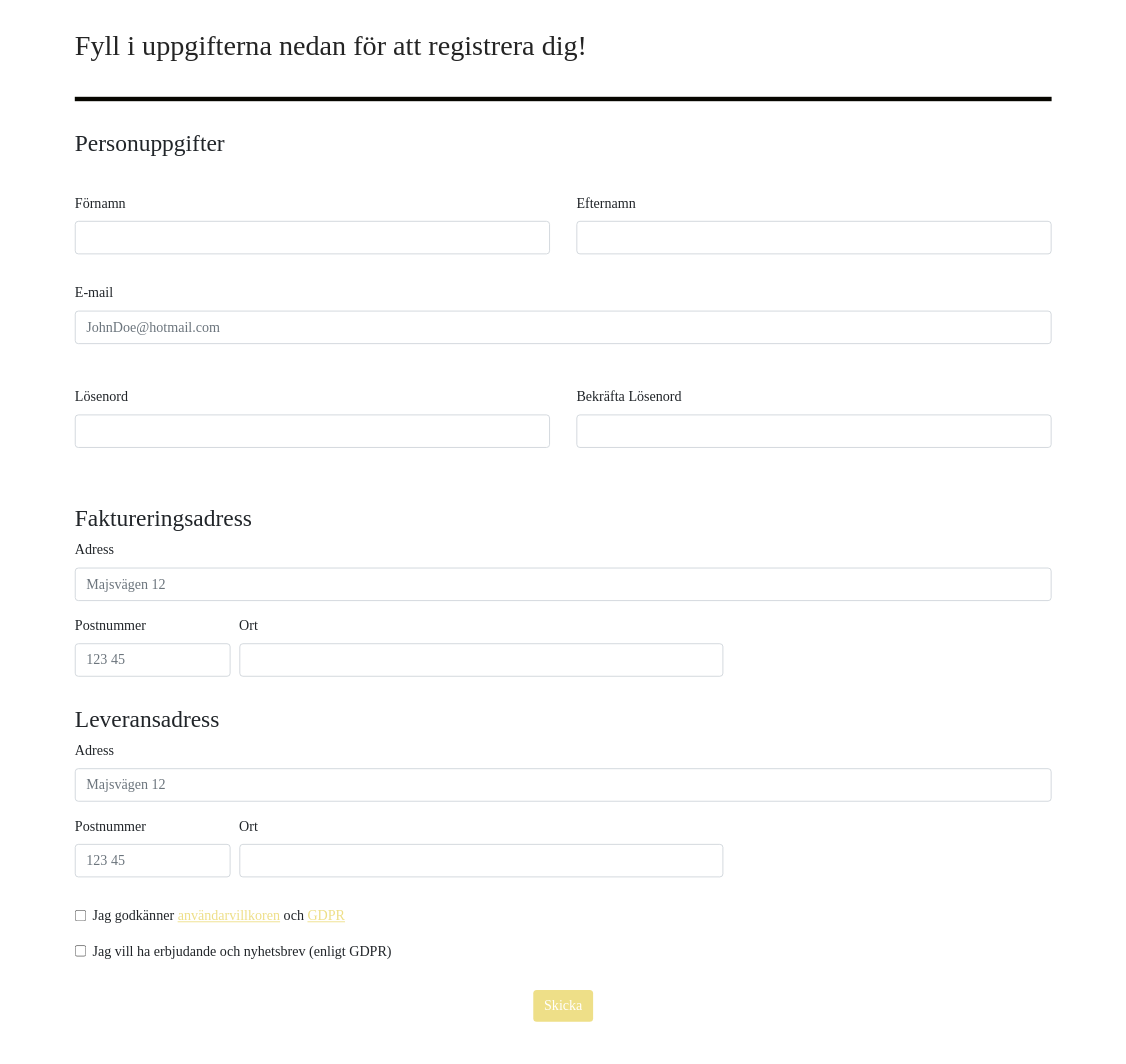
Repository: skepp4rn/Liamsuppgift3
Page: index.html
The author's editor kept a copy of each file at every save. The page is drawn from the files as they stood at one save, then again after the next save.
The browser window is 1280 px wide. The pictures show the whole page, at 88% of full size.
Some web libraries are served in a nearby version.

Above is the page before, as saved 2020-12-06 13:32:57.
Console error (its wording comes from the project's code and is left out).

After the next save:
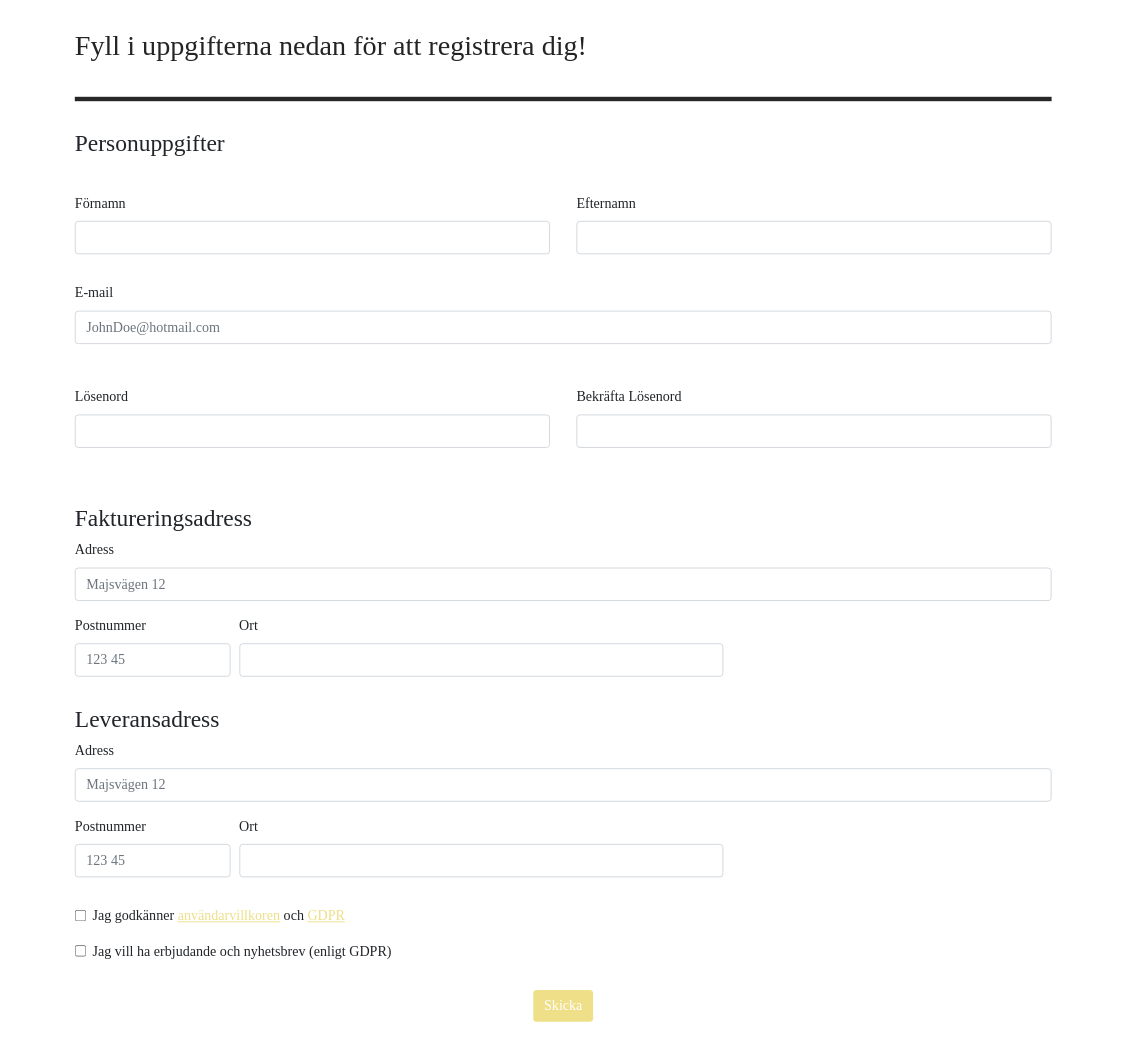
Saved 4 s later.
--- a/css/style.css
+++ b/css/style.css
@@ -20,7 +20,7 @@ h3{font-size:20pt}.container{width:95vw;margin:auto}
 #exampleInputPassword2{color:#b6b6b6}
 .button-center{padding-top:1rem;display:flex;justify-content:center}
 .colorbutton{background-color:#eedf88;border:none}
-.line1{height:5px;background-color:#070600;margin-bottom:2rem}
+.line1{height:5px;background-color:#272727;margin-bottom:2rem}
 .bottom{margin-bottom:2rem}
 .linktext{color:#eedf88;text-decoration:underline}
 .thanks{border:2px solid #eedf88;border-radius:10px;display:grid;grid-template-columns:1fr;grid-template-rows:3fr 1fr;justify-items:center;margin-top:8rem}
